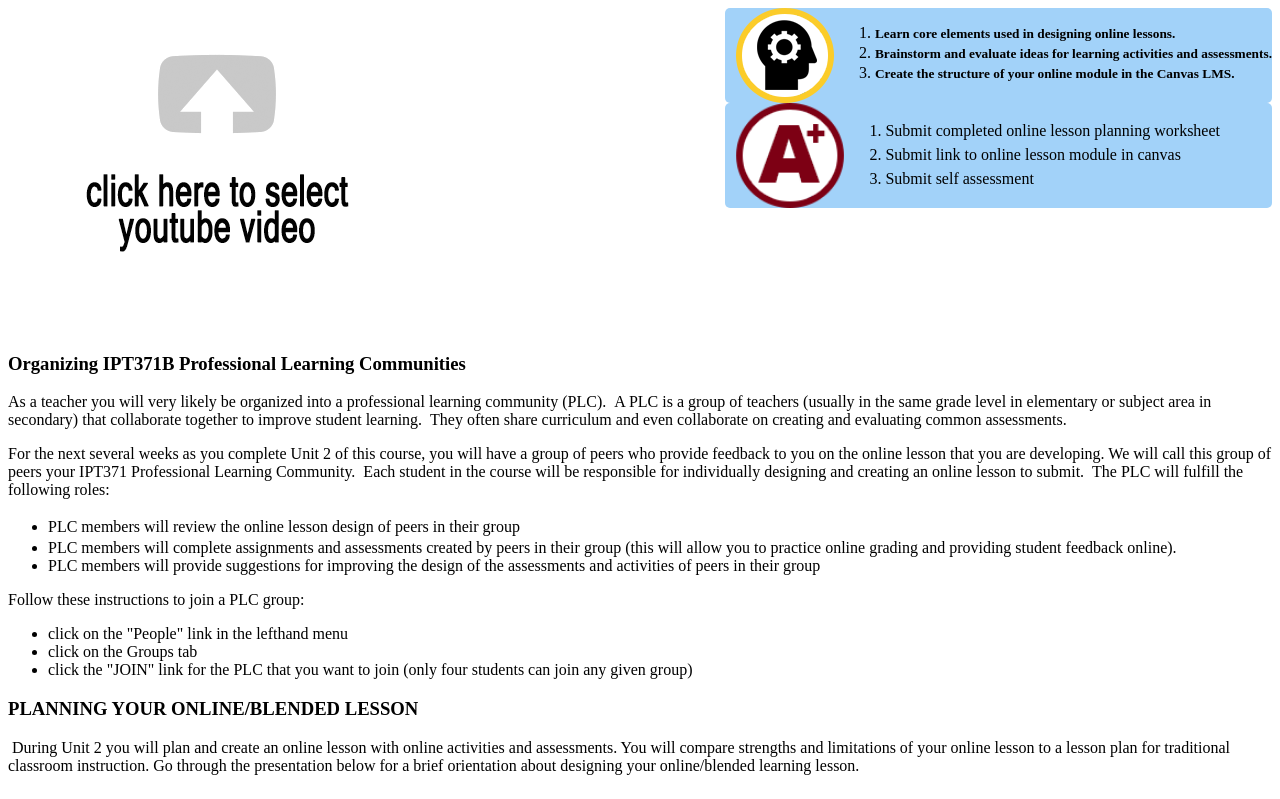
Repository: jaerod95/BYU
Page: IPT 371C/main.html
The author's editor kept a record of every edit. The page is drawn from the files as they stood at one moment, then again after the next edit.
The browser window is 1280 px wide. The pictures show the part of the page from y = 0 to 799 px (the page is 4789 px tall).
Pictures or frames that could not be fetched are drawn as grey boxes.

Above is the page before.

### IPT 371C/main.html
<!DOCTYPE html>
<html>

<head>
    <title></title>
    <link rel="stylesheet" href="newstyle.css">
    <script type="text/javascript" src="oldscript.js"></script>
</head>

<body>
    <div class="JR_IPT_371_B_main_content">
        <div class="JR_ipt371banner">
        </div>
        <div class="ipt371content">
            <div class="leftside">
                <div class="ipt371videoSlot" id="vidSlot">
                    <img id="videoButton" src="youtube.png" />
                </div>
            </div>
            <div class="rightside">
                <div class="ipt371ao blueboxipt">
                    <div class="bbimg"><img src="quest.png" /></div>
                    <div class="outcomes">
                        <ol>
                            <li style="text-align: left;"><strong><span style="font-size: 10pt; line-height: 1.5; background-color: transparent;">Learn core elements used in designing online lessons.</span></strong></li>
                            <li style="text-align: left;"><strong><span style="font-size: 10pt; line-height: 1.5; background-color: transparent;">Brainstorm and evaluate ideas for learning activities and assessments.</span></strong></li>
                            <li style="text-align: left;"><strong><span style="font-size: 10pt; line-height: 1.5; background-color: transparent;">Create the structure of your online module in the Canvas LMS.</span></strong></li>
                        </ol>
                    </div>
                </div>
                <div class="ipt371ao blueboxipt">
                    <div class="bbimg"><img src="study.png" /></div>
                    <div class="outcomes">
                        <ol>
                            <li><span style="line-height: 1.5; background-color: transparent;">Submit completed online lesson planning worksheet</span></li>
                            <li><span style="line-height: 1.5; background-color: transparent;">Submit link to online lesson module in canvas</span></li>
                            <li><span style="line-height: 1.5; background-color: transparent;">Submit self assessment</span></li>
                        </ol>
                    </div>
                </div>
            </div>
        </div>
        <div class="maincontent">
            <h3 class=""><strong><span style="font-size: 14pt;">Organizing IPT371B&nbsp;Professional Learning Communities</span></strong></h3>
            <p>As a teacher you will very likely be organized into a professional learning community (PLC). &nbsp;A PLC is a group of teachers (usually in the same grade level in elementary or subject area in secondary) that collaborate together to improve
                student learning. &nbsp;They often share curriculum and even collaborate on creating and evaluating common assessments.&nbsp;</p>
            <p>For the next several weeks as you complete Unit 2 of this course, you will have a&nbsp;group of peers who provide feedback to you on the online lesson that you are developing. We will call this group of peers your IPT371 Professional Learning
                Community. &nbsp;Each student in the course will be responsible for individually designing and creating an online lesson to submit. &nbsp;The PLC will fulfill the following roles:</p>
            <ul>
                <li><span style="line-height: 1.5; background-color: transparent;">PLC members will review the online lesson design of peers in their group</span></li>
                <li>PLC members will complete assignments and assessments created by peers in their group (this will allow you to practice online grading and providing student feedback online).</li>
                <li>PLC members will provide suggestions for improving&nbsp;the design of the assessments and activities&nbsp;of peers in their group</li>
            </ul>

            <p>Follow these instructions to join&nbsp;a PLC group:</p>
            <ul>
                <li>click on the "People" link in the lefthand menu&nbsp;</li>
                <li>click on the Groups tab</li>
                <li>click the "JOIN" link for the PLC that you want to join (only four students can join any given group)&nbsp;</li>
            </ul>
            <h3><strong><span style="font-size: 14pt;">PLANNING YOUR ONLINE/BLENDED LESSON</span></strong></h3>
            <p>&nbsp;<span style="color: #000000; font-size: 12pt;">During Unit 2&nbsp;you will plan and create an online lesson with online activities and assessments. You will compare strengths and limitations of your online lesson to a lesson plan for traditional classroom instruction. Go through the presentation&nbsp;below for a brief orientation about designing your online/blended learning lesson.&nbsp;</span></p>
            <table>
                <tbody>
                    <tr>
                        <td>
                            <p><iframe src="https://docs.google.com/presentation/d/1GCk5dx-VfW0Fi9aZafrTwGb8O9lP57o1bbPRcgLpvps/embed?start=false&amp;loop=false&amp;delayms=5000" width="480" height="329" allowfullscreen="allowfullscreen" webkitallowfullscreen="webkitallowfullscreen"
                                    mozallowfullscreen="mozallowfullscreen"></iframe><br />(<a id="" class="inline_disabled " title="" href="https://youtu.be/j68BsLilEnQ" target="">watch the narrated presentation</a>)</p>
                        </td>
                        <td><img src="/courses/138/files/14078/preview" alt="online lesson outline.png" width="315" height="373" data-api-endpoint="https://byu.instructure.com/api/v1/courses/138/files/14078" data-api-returntype="File" /></td>
                    </tr>
                </tbody>
            </table>
            &nbsp;<span style="font-size: 12pt;">The image above&nbsp;shows a basic outline for the elements that should be in your final online/blended lesson. &nbsp;Use the <a id="" class=" instructure_scribd_file instructure_file_link" title="IPT 371B Online Lesson Planning Worksheet.docx" href="/courses/138/files/14097/download?wrap=1" target="" data-api-endpoint="https://byu.instructure.com/api/v1/courses/138/files/14097" data-api-returntype="File">planning worksheet</a> to document and submit ideas for your online lesson.&nbsp;</span></div>

        <p>&nbsp;</p>
        <p><span style="font-size: 12pt;"><strong>Step 1:</strong> Choose a Learning Objective and Find a Traditional Lesson Plan</span></p>
        <p>Select a CORE curriculum objective from your teaching subject area to focus your lesson on (see <a href="http://www.uen.org/core/">http://www.uen.org/core/</a>). &nbsp;Your design task will be easier if you select a topic</p>
        <ul>
            <li><span style="line-height: 1.5; background-color: transparent;">that you would&nbsp;currently be comfortable teaching</span></li>
            <li><span style="line-height: 1.5; background-color: transparent;">that you have or can find a traditional classroom-based lesson plan for&nbsp;</span></li>
            <li><span style="line-height: 1.5; background-color: transparent;">that lends itself to online activities</span></li>
        </ul>
        <p><span style="line-height: 1.5; background-color: transparent;">As you start thinking about your lesson, you should consider a lesson that can be done within a couple of days to a week's time. &nbsp;Also, you will want to make sure that there is strong alignment between the outcomes, assessments, and activities that you choose. &nbsp;Watch this brief video about aligning activities with assessments.</span></p>
        <p><span style="line-height: 1.5; background-color: transparent;"><iframe style="width: 479px; height: 358px;" title="Professor Dancelot and the Perils of a Misaligned Course" src="https://www.youtube.com/embed/oWi5vy6TSso?feature=oembed" width="300" height="150" allowfullscreen="allowfullscreen" webkitallowfullscreen="webkitallowfullscreen" mozallowfullscreen="mozallowfullscreen"></iframe></span></p>
        <p>&nbsp;</p>
        <p><span style="font-size: 12pt;">See Section 1 in <a id="" class="" title="" href="https://docs.google.com/document/d/1DGZEOBr-0NPP5FpndHmYdr4ZjT7dqZFJN1QBuSIcO-g/edit?usp=sharing" target="">Elementary Ed worked example</a>.<br /></span>
            <span style="font-size: 12pt;">See Section 1 in Secondary Ed worked example.</span>
        </p>
        <p><span style="font-size: 12pt;"><strong>Step 2:</strong> Explore Quiz Questions for your Final Assessment</span></p>
        <p>The second step in your process is to explore questions for your final lesson assessment. &nbsp;You do not have to develop the full assessment at this time, but you should get some clear ideas about the the questions you might ask in the assessment
            because you will need to create assignments and activities that help student prepare for the final assessment.</p>
        <table>
            <tbody>
                <tr>
                    <td><iframe src="https://docs.google.com/presentation/d/1e3UTlGqxUbCI7pnoWT2LUx7U5JRqhK7J9bCb1NaJUAY/embed?start=false&amp;loop=false&amp;delayms=5000" width="480" height="329" allowfullscreen="allowfullscreen" webkitallowfullscreen="webkitallowfullscreen"
                            mozallowfullscreen="mozallowfullscreen"></iframe></td>
                    <td><span>See <a id="" class="" title="" href="https://docs.google.com/document/d/1DGZEOBr-0NPP5FpndHmYdr4ZjT7dqZFJN1QBuSIcO-g/edit?usp=sharing" target="">Elementary Ed worked example</a>.<br /></span><span>See Secondary Ed worked example.</span></td>
                </tr>
            </tbody>
        </table>


        <p>&nbsp;</p>


        <p><span style="font-size: 12pt;"><strong>Step 3:</strong> Brainstorm Ideas for a Lesson Assignment</span></p>
        <p>&nbsp;You will also need to brainstorm ideas for a graded assignment in the online/blended lesson. &nbsp;Make sure that your assignment ideas align back to the CORE objectives that you have identified.</p>


        <p><span style="font-size: 12pt;">See Section 2 in <a id="" class="" title="" href="https://docs.google.com/document/d/1DGZEOBr-0NPP5FpndHmYdr4ZjT7dqZFJN1QBuSIcO-g/edit?usp=sharing" target="">Elementary Ed worked example</a>.<br /></span>
            <span style="font-size: 12pt;">See Section 2 in Secondary Ed worked example.</span>
        </p>
        <p><span style="font-size: 12pt;"><strong>Step 4:</strong> Brainstorm Ideas for a Content-driven Activity</span></p>
        <p>Activities that you develop do not need to be graded. &nbsp;However, it can be beneficial if students are able to get formative feedback on their performance in the activity. &nbsp;Go through the presentation below to get an idea of a range of
            different online learner-content activities you can consider.&nbsp;</p>
        <table>
            <tbody>
                <tr>
                    <td><iframe src="https://docs.google.com/presentation/d/1KD7e5IGZ_-kfo9Fulln4WiiIUOmqdnus4uCQGxQ1s9Q/embed?start=false&amp;loop=false&amp;delayms=3000" width="480" height="329" allowfullscreen="allowfullscreen" webkitallowfullscreen="webkitallowfullscreen"
                            mozallowfullscreen="mozallowfullscreen"></iframe></td>
                    <td><span>See <a id="" class="" title="" href="https://docs.google.com/document/d/1DGZEOBr-0NPP5FpndHmYdr4ZjT7dqZFJN1QBuSIcO-g/edit?usp=sharing" target="">Elementary Ed worked example</a>.<br /></span><span>See Secondary Ed worked example.</span></td>
                </tr>
            </tbody>
        </table>
        <p>&nbsp;</p>
        <p><span style="font-size: 12pt;"><strong>Step 5:</strong> Brainstorm Ideas for a Community-driven Activity</span></p>
        <span>In this step you will brainstorm several activities that involve students learning together online. &nbsp;Go through the presentation below to get an idea of a range of different online learner-learner activities you can consider.</span>&nbsp;</div>
    <table>
        <tbody>
            <tr>
                <td><iframe src="https://docs.google.com/presentation/d/1KD7e5IGZ_-kfo9Fulln4WiiIUOmqdnus4uCQGxQ1s9Q/embed?start=false&amp;loop=false&amp;delayms=5000" width="480" height="329" allowfullscreen="allowfullscreen" webkitallowfullscreen="webkitallowfullscreen"
                        mozallowfullscreen="mozallowfullscreen"></iframe></td>
                <td><span>See <a id="" class="" title="" href="https://docs.google.com/document/d/1DGZEOBr-0NPP5FpndHmYdr4ZjT7dqZFJN1QBuSIcO-g/edit?usp=sharing" target="">Elementary Ed worked example</a>.<br /></span><span>See Secondary Ed worked example.</span></td>
            </tr>
        </tbody>
    </table>
    <p><span style="font-size: 12pt;"><strong>Step 6:</strong> Provide a Rationale for the&nbsp;</span></p>
    <p>&nbsp;It is important for you to think about what value your online/blended activities and assessments add to the lesson. &nbsp;Share your lesson ideas with at least one member of your PLC and get feedback from him/her on your assignment and activity
        ideas. &nbsp;Pick one of your assessment ideas and one of your activity ideas to analyze within the planning worksheet using the following criteria:</p>
    <ul>
        <li><strong>PIC</strong> - What is the student relationship to the technology (Passive, Interactive, Creative)?</li>
        <li><strong>RAT</strong> - How does the online lesson change the teacher&rsquo;s traditional practice (replace, amplify, transform)?</li>
        <li><strong>ACCESS</strong> &ndash; How does the online lesson affect student access to learning experiences when compared to the traditional lesson?</li>
        <li><strong>STUDENT LEARNING</strong> &ndash; How does the online lesson intend to impact student learning as compared to the traditional lesson? (i.e., What value does it add?)</li>
    </ul>
    <p><span style="font-size: 12pt;">See <a id="" class="" title="" href="https://docs.google.com/document/d/1DGZEOBr-0NPP5FpndHmYdr4ZjT7dqZFJN1QBuSIcO-g/edit?usp=sharing" target="">Elementary Ed worked example</a>.<br /></span>
        <span style="font-size: 12pt;">See Secondary Ed worked example.</span>
    </p>
    <p><span style="font-size: 12pt;">NOTE: At this point your ideas need to be concrete but you can always adapt and change as you progress through the unit.&nbsp;&nbsp;</span></p>
    <p>&nbsp;</p>
    <h3><strong><span style="font-size: 14pt;">Build Online Module Structure in Canvas LMS</span></strong></h3>
    <p>Once you have completed the planning worksheet you will create the structure for your online lesson (or module) in Canvas. &nbsp;Think of this as your lesson shell - you are creating and organizing the pieces of the lesson, but the content of each
        of the pieces does not exist yet.&nbsp;</p>
    <p>To complete this assignment do the following:</p>
    <p><strong>1. Create a Canvas Course for your module</strong> (<span>use the </span><span><span><a class="external" title="" href="https://community.canvaslms.com/community/answers/guides/" target="_blank">Canvas Guides</a>&nbsp;accessed from the Help menu if needed</span></span>)</p>
    <ul>
        <ul>
            <li>Name your course "&lt;first name last name&gt; - Canvas Module with your name in place of "<span>&lt;first name last name&gt;"</span></li>
        </ul>
    </ul>
    <ul>
        <ul>
            <li>Add all members of your PLC as "students" in the course and add "charles.graham@byu.edu" as a "<strong>Teacher</strong>"&nbsp;in your course</li>
            <li>Make sure your Canvas profile is updated with your name and photo</li>
            <li>Go to the Canvas settings on the left hand side and familiarize yourself with different options. &nbsp;Hide all of the navigation elements for your course except for&nbsp;Modules and Grades.</li>
        </ul>
    </ul>
    <p><span><strong>2. Create a Module for your Lesson in Canvas</strong> (</span><span>use the </span><span><span><a class="external" title="" href="https://community.canvaslms.com/community/answers/guides/" target="_blank">Canvas Guides</a>&nbsp;accessed from the Help menu if needed)</span></span>
    </p>
    <span><span><span class="screenreader-only"><a class="external" title="" href="https://community.canvaslms.com/community/answers/guides/" target="_blank">&nbsp;(Links to an external site.)</a><span style="line-height: 1.5; background-color: transparent;">accessed from the Help menu top right to find out how to do these things</span></span>
    </span>
    </span>
    <ul>
        <ul>
            <li>Title your module appropriately related to the standard/learning objective you are addressing</li>
            <li>Add at least the following elements to your module structure</li>
            <ul>
                <li>A lesson intro and instructions (content page)</li>
                <li>Assessment: An assignment page (assignment page)&nbsp;</li>
                <li>Assessment: A quiz/exam (quiz page)</li>
                <li>A page for your content-driven activity (likely a content page)</li>
                <li>A page for your community-driven activity (likely a discussion page)</li>
                <li>Note: These elements in your structure are placeholders and don't have to contain the actual content of your assessments or activities yet.</li>
            </ul>
        </ul>
    </ul>
    <ul>
        <ul>
            <li>You may explore/practice adding the following elements to your module structure</li>
            <ul>
                <li>File</li>
                <li>Text Header (Figure out how to use text headers and indenting to visually organize the elements in your module)</li>
            </ul>
        </ul>
    </ul>
    <ul>
        <ul>
            <ul>
                <li>External URL</li>
                <li>Figure out how to use text headers and indenting to visually organize the elements in your module.</li>
                <li>Note: Make sure that you "publish" your module and the module elements by clicking on the gray cloud on the right hand side until it turns green with a checkmark in it.&nbsp;</li>
            </ul>
        </ul>
    </ul>
    <p>Here are two screencasts demonstrating how to create a course and module structure in canvas.</p>
    <table>
        <tbody>
            <tr>
                <td>
                    <p><iframe title="IPT371B Create a Canvas Course" src="https://www.youtube.com/embed/mNcirikHaEk?feature=oembed" width="300" height="150" allowfullscreen="allowfullscreen" webkitallowfullscreen="webkitallowfullscreen" mozallowfullscreen="mozallowfullscreen"></iframe><br
                        />Create a Canvas Course screencast</p>
                </td>
                <td><iframe title="IPT371B Create a Module Structure in Canvas" src="https://www.youtube.com/embed/NhsZu472NZA?feature=oembed" width="300" height="150" allowfullscreen="allowfullscreen" webkitallowfullscreen="webkitallowfullscreen" mozallowfullscreen="mozallowfullscreen"></iframe><br
                    />Create a Module Structure in Canvas</td>
            </tr>
        </tbody>
    </table>
    <p>&nbsp;</p>
    <h3><span style="font-size: 14pt;"></span><span style="font-size: 14pt;"><strong>Assignments</strong></span></h3>
    <div class="">Submit completed online lesson planning worksheet</div>
    <div class="">Submit link to online lesson module in canvas</div>
    <div class="">Submit self assessment</div>
</body>

</html>

### IPT 371C/newstyle.css
.ipt371main {
    max-width: 900px;
    height: auto;
}

.ipt371content {
    width: 100%;
    max-height: 900px;
    display: flex;
    justify-content: space-between;
}

.JR_rightside {
    display: flex;
    flex-direction: column;
    justify-content: space-between;
    width: 430px;
}

.blueboxipt {
    background-color: #A2D2F9; border-radius: 5px;
}

.vid {
    width: 100%;
    height: 100%;
    border-radius: 5px;
}

.outcomes {
    flex-grow: 5;
}

.bbimg {
    padding-left: 10px;
    flex-grow: 1;
    display: flex;
    flex-direction: column;
    justify-content: center;
}

.ipt371ao {
    display: flex;
}

### IPT 371C/oldscript.js
window.addEventListener("DOMContentLoaded", init);
var d = document;


function init() {

    document.getElementById("videoButton").addEventListener("mouseover", changeRed);
    document.getElementById("videoButton").addEventListener("mouseleave", changeback);
    document.getElementById("vidSlot").addEventListener("click", upload);

}

function changeRed(event) {
    event.target.src = "youtube-selected.png";
}

function changeback(event) {
    event.target.src = "youtube.png";
}

function upload() {
    var video = prompt("Please paste the URL to your youtube video here", "ex. https://www.youtube.com/watch?v=tpDqfj3v30c");
    video = getSecondPart(video);
    console.log(video);





    d.getElementById("vidSlot").innerHTML =




        "<iframe class='vid' src='https://www.youtube.com/embed/" + video + "?feature=oembed' allowfullscreen='allowfullscreen' frameborder='0'></iframe>";

    console.log(d.getElementById("vidSlot").innerHTML);
}

// gets the special url code for each video
function getSecondPart(str) {
    return str.split('v=')[1];
}

After the next edit:
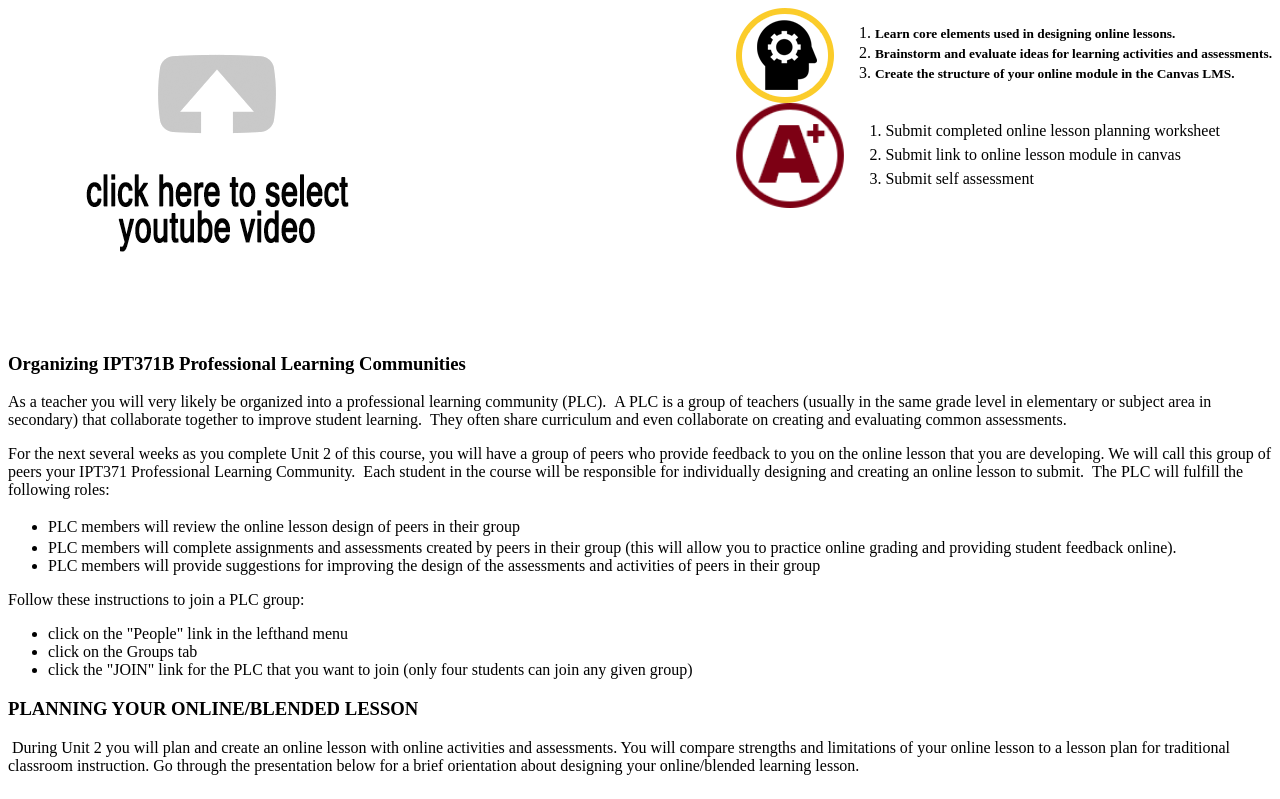
The edit:
--- a/IPT 371C/newstyle.css
+++ b/IPT 371C/newstyle.css
@@ -17,7 +17,7 @@
     width: 430px;
 }
 
-.blueboxipt {
+.JR_blueboxipt {
     background-color: #A2D2F9; border-radius: 5px;
 }
 
